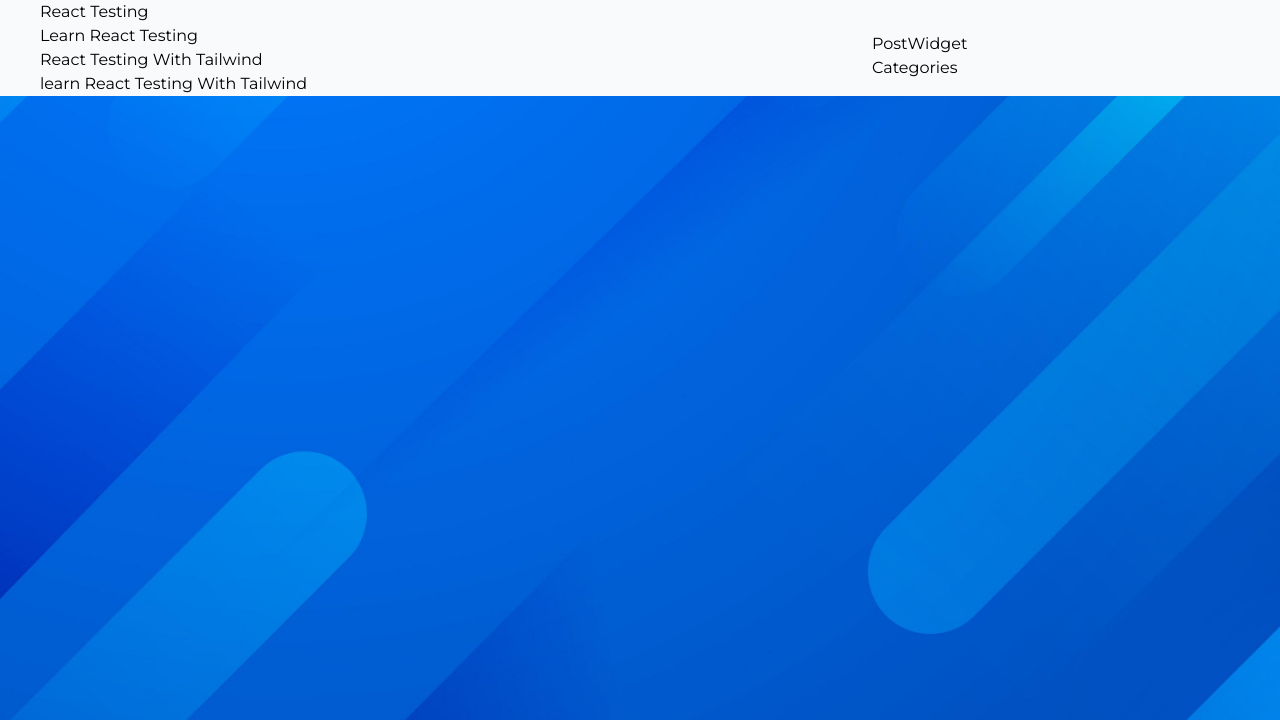
Repository: AlgoHussle/algo-blog
Page: /
An editor plug-in stored every save of this project. The page is shown before and after the next save, followed by the edit.
The browser window is 1280 px wide. The pictures show the whole page.
The project was rebuilt for these pictures with package versions that can differ from the ones it lists, and the page was loaded fresh each time. The framework's server and built-in components were replaced by stand-ins that run in the browser. Also part of the build but not shown: next.config.js, components/Layout.jsx.

Above is the page before, as saved 2023-05-03 22:31:07.

### pages/_app.js
import React, { useEffect, useState } from "react";
import { Layout } from "../components";
import "../styles/globals.scss";
import "tailwindcss/tailwind.css";


export default function App({ Component, pageProps }) {
  return (
    <layout>
    <Component {...pageProps} />
  </layout>
  );
}

### pages/index.js

import Head from 'next/head'
import { PostCard, Categories, PostWidget, Header } from '@/components';

const posts = [
  { title: 'React Testing', excerpt: 'Learn React Testing'},
  { title: 'React Testing With Tailwind', excerpt: 'learn React Testing With Tailwind'},
];

export default function Home() {
  return (
    <div className='container mx-auto px-10 mb-8 bg-gray-50'>
      <Head>
        <title>CMS Blog</title>
        <link rel="icon" href="/favicon.ico" />
      </Head>
      <div className='grid grid-cols-1 lg:grid-cols-12 gap-12'>
        <div className='lg:col-span-8 col-span-1'>
        {posts.map((post) => (<PostCard key={post.title} post={post}  />))}
        </div>
      <div className='lg:col-span-4 col-span-1'>
        <div className='lg:sticky relative top-8'>
          <PostWidget />
          <Categories />
        </div>
      </div>
      </div>

      </div>
  )
}

### components/index.js
export { default as PostCard } from './postCard';
export { default as Categories } from './Categories';
export { default as PostWidget } from './PostWidget';
export { default as Header } from './Header';
export { default as Layout } from './Layout'

### styles/globals.scss
@tailwind base;
@tailwind components;
@tailwind utilities;

@import url('https://fonts.googleapis.com/css2?family=Montserrat:wght@300;400;700&display=swap');

html,
body {
  padding: 0;
  margin: 0;
  font-family: 'Montserrat', sans-serif;
  &:before{
    content:'';
    content: "";
    width: 100%;
    height: 100vh;
    //background: linear-gradient(to right bottom, #6d327c, #485DA6, #00a1ba, #01b18e, #32b37b);
    // background: #D3D3D3;
    background-image: url("../public/bg.jpg");
    position: fixed;
    left: 0;
    top: 0;
    z-index: -1;
    background-position: 50% 50%;
    background-repeat: no-repeat;
    background-size: cover;
  }
}

.text-shadow{
  text-shadow: 0px 2px 0px rgb(0 0 0 / 30%);
}

.adjacent-post{
  & .arrow-btn{
    transition: width 300ms ease;
    width: 50px;
  }
  &:hover{
    & .arrow-btn{
      width: 60px;
    }
  }
}

.react-multi-carousel-list {
  & .arrow-btn{
    transition: width 300ms ease;
    width: 50px;
    &:hover{
      width: 60px;
    }
  }

}

a {
  color: inherit;
  text-decoration: none;
}

* {
  box-sizing: border-box;
}

### components/postCard.jsx
import React from 'react'

const postCard = ({ post }) => {
  return (
    <div>
        <h3>{post.title}</h3>
        <p>{post.excerpt}</p>
    </div>
  )
}

export default postCard

### components/Header.jsx
import React, {useContext} from 'react';
import Link from 'next/link';

const categories = [{ name: 'React', slug: 'react' }, { name: 'Web Development', slug: 'web-dev'}]

function Header() {
  return (
    <div className='conatiner mx-auto px-10 mb-8'>
        <div className='border-b w-full inline-block border-blue-400 py-8'>
            <div className='md:float-left block'>
                <Link>
                <span className='cursor-pointer font-bold text-4xl text0white'>
                        Algos Blog
                </span>
                </Link>
            </div>
            <div className='hidden md:float-left md:contents'>
                {categories.map((category) => (
                    <Link key={category.slug} href={`/category/${category.slug}`}>
                        <span className='md:float-right mt-2 align-middle text-white ml-4 font-semibold cursor-pointer'>
                            {category.name}
                        </span>
                    </Link>
                ))}
            </div>
        </div>
    </div>
  )
}

export default Header

Loaded but not shown: pages/_document.js (common file); components/Categories.jsx (common file); components/PostWidget.jsx (common file); tailwind.config.js (common file)

After the next save:
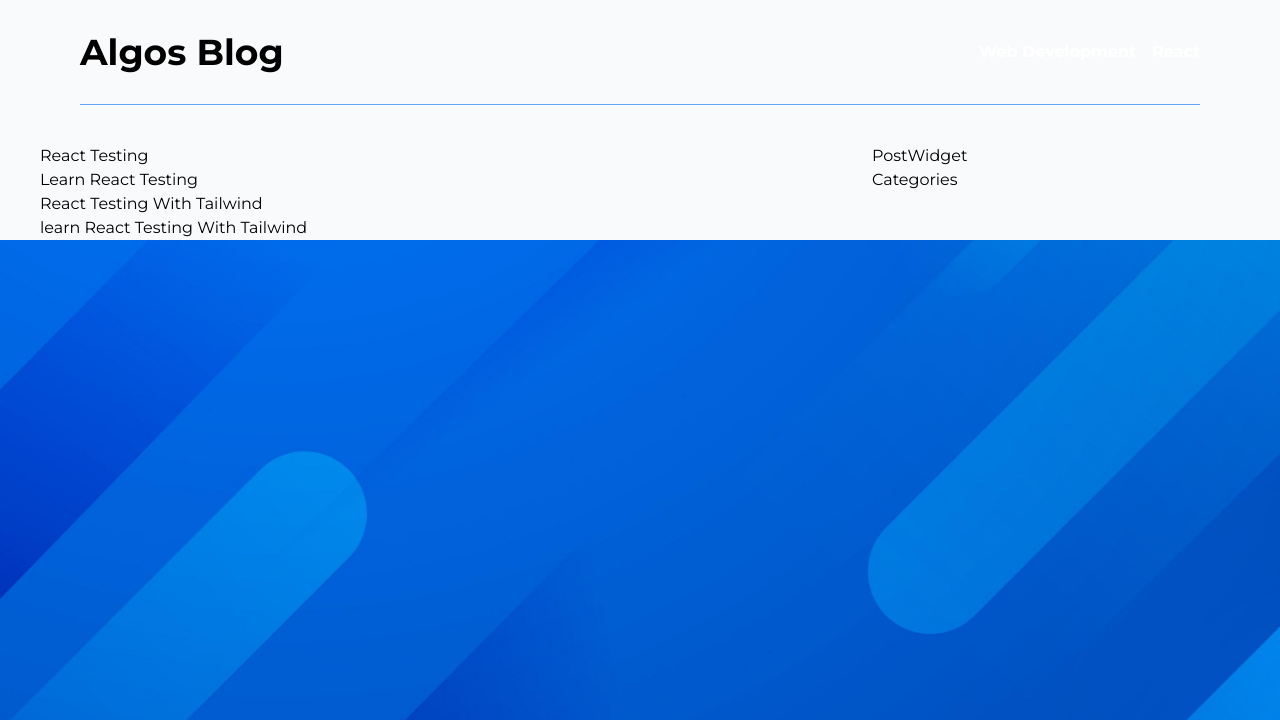
Saved 41 s later.
--- a/pages/index.js
+++ b/pages/index.js
@@ -1,6 +1,5 @@
-
 import Head from 'next/head'
-import { PostCard, Categories, PostWidget, Header } from '@/components';
+import { Header, PostCard, Categories, PostWidget } from '@/components';
 
 const posts = [
   { title: 'React Testing', excerpt: 'Learn React Testing'},
@@ -14,18 +13,18 @@
         <title>CMS Blog</title>
         <link rel="icon" href="/favicon.ico" />
       </Head>
+      <Header />
       <div className='grid grid-cols-1 lg:grid-cols-12 gap-12'>
         <div className='lg:col-span-8 col-span-1'>
-        {posts.map((post) => (<PostCard key={post.title} post={post}  />))}
+          {posts.map((post) => (<PostCard key={post.title} post={post}  />))}
         </div>
-      <div className='lg:col-span-4 col-span-1'>
-        <div className='lg:sticky relative top-8'>
-          <PostWidget />
-          <Categories />
+        <div className='lg:col-span-4 col-span-1'>
+          <div className='lg:sticky relative top-8'>
+            <PostWidget />
+            <Categories />
+          </div>
         </div>
       </div>
-      </div>
-
-      </div>
+    </div>
   )
 }
